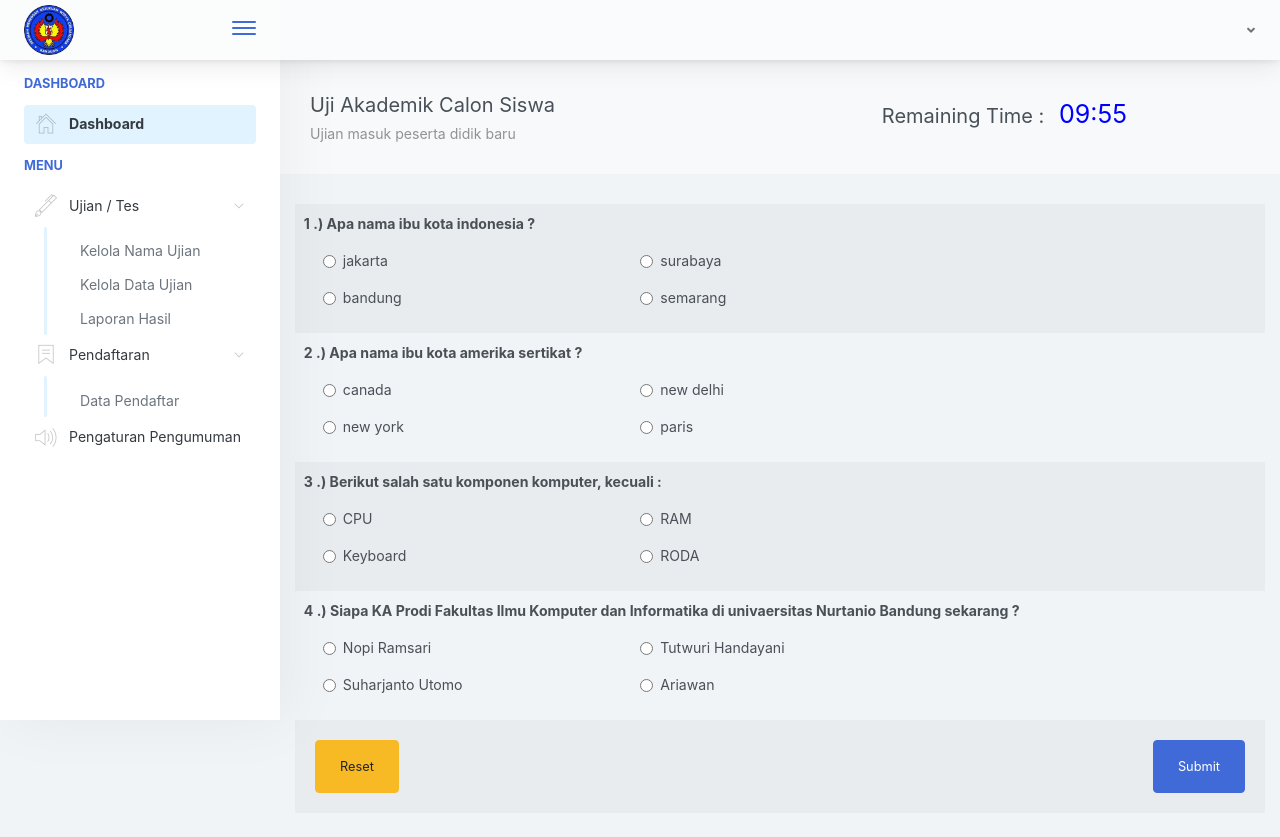
Repository: nooravipp-ux/ppdb-v-2
Page: http://localhost/start-exam/18
An editor plug-in stored every save of this project. The page is shown before and after the next save, followed by the edit.
The browser window is 1280 px wide. The pictures show the whole page.
The page is served by the project's Laravel application, run on PHP 8.4 with Laravel 8. The first stored user is signed in. The database holds what the project's SQL file puts in it.

Above is the page before, as saved 2021-08-27 10:07:57.

After the next save:
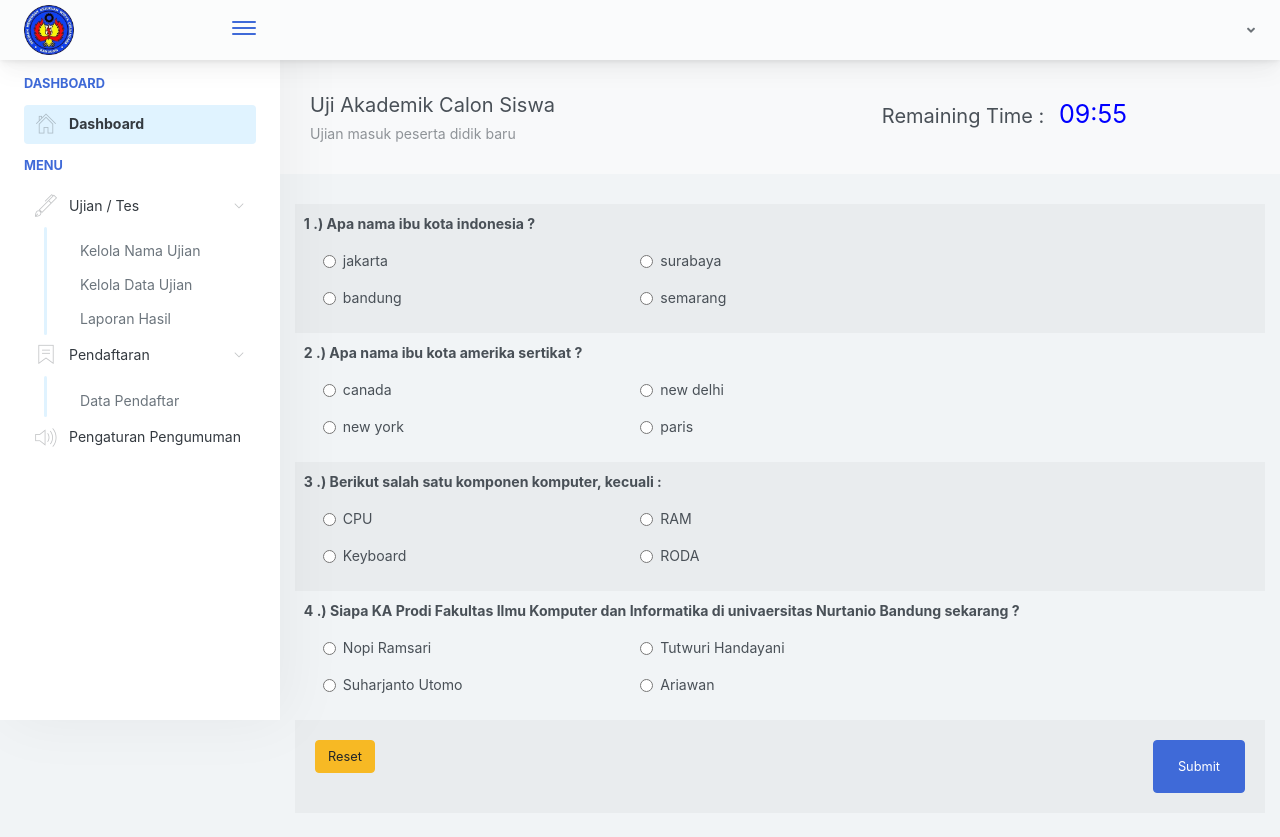
Saved 75 s later.
--- a/resources/views/student/exam.blade.php
+++ b/resources/views/student/exam.blade.php
@@ -88,7 +88,7 @@
                 @endforeach
                 <tr>
                     <td style="padding: 20px;">
-                        <button type="button" class="btn btn-xlg btn-warning p-3 pl-4 pr-4" id="resetExamFrm">Reset</button>
+                        <button type="button" class="btn btn-xlg btn-warning" id="resetExamFrm">Reset</button>
                         <input name="submit" type="submit" value="Submit" class="btn btn-xlg btn-primary p-3 pl-4 pr-4 float-right" id="submitAnswerFrmBtn">
                     </td>
                 </tr>

After the save that followed:
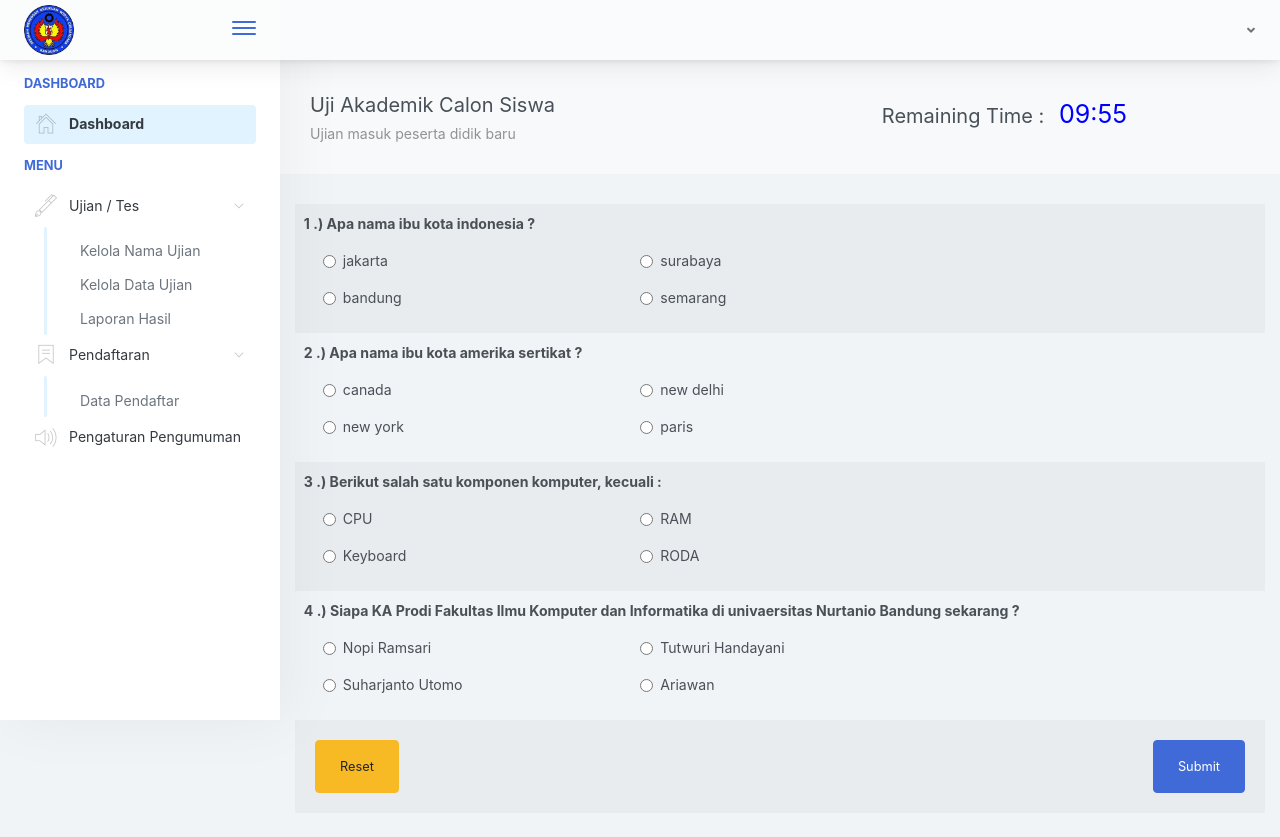
Saved 5 s later.
--- a/resources/views/student/exam.blade.php
+++ b/resources/views/student/exam.blade.php
@@ -88,7 +88,7 @@
                 @endforeach
                 <tr>
                     <td style="padding: 20px;">
-                        <button type="button" class="btn btn-xlg btn-warning" id="resetExamFrm">Reset</button>
+                        <button type="button" class="btn btn-xlg btn-warning p-3 pl-4 pr-4" id="resetExamFrm">Reset</button>
                         <input name="submit" type="submit" value="Submit" class="btn btn-xlg btn-primary p-3 pl-4 pr-4 float-right" id="submitAnswerFrmBtn">
                     </td>
                 </tr>
